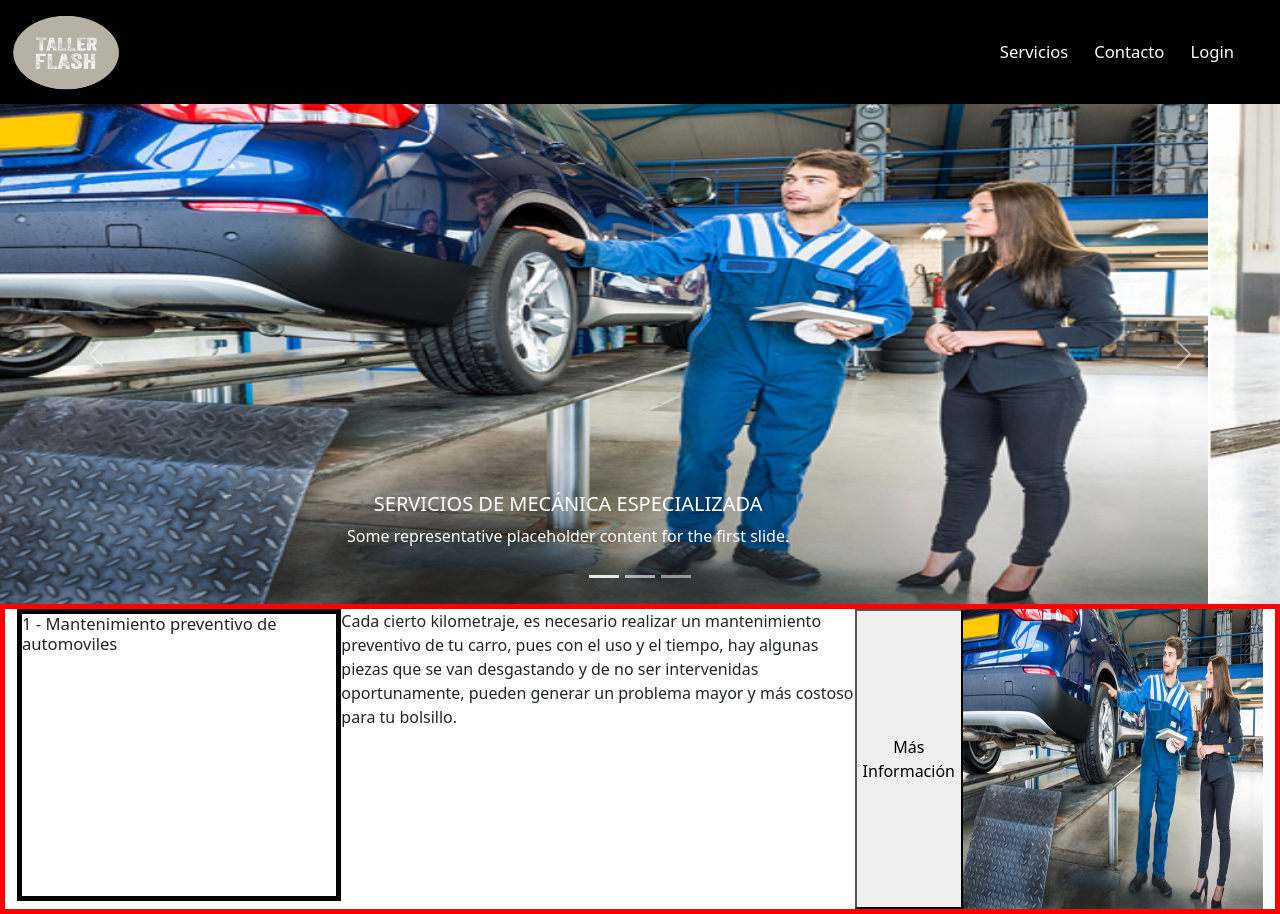
Repository: nder1996/Boostrap.Taller.Arquitectura
Page: Index.html
The author's editor kept a copy of each file at every save. The page is drawn from the files as they stood at one save, then again after a run of saves.
The browser window is 1280 px wide. The pictures show the whole page.

Above is the page before, as saved 2021-07-23 06:09:24.

### Index.html
<!DOCTYPE html>
<html lang="en">

<head>
	<meta charset="UTF-8">
	<meta name="viewport" content="width=device-width, initial-scale=1.0">
	<link rel="shortcut icon" href="img/Logo.png">
	<link href="https://cdn.jsdelivr.net/npm/bootstrap@5.0.2/dist/css/bootstrap.min.css" rel="stylesheet"
		integrity="sha384-EVSTQN3/azprG1Anm3QDgpJLIm9Nao0Yz1ztcQTwFspd3yD65VohhpuuCOmLASjC" crossorigin="anonymous">
	<link rel="stylesheet" href="https://cdnjs.cloudflare.com/ajax/libs/font-awesome/5.15.3/css/all.min.css"
		integrity="sha512-iBBXm8fW90+nuLcSKlbmrPcLa0OT92xO1BIsZ+ywDWZCvqsWgccV3gFoRBv0z+8dLJgyAHIhR35VZc2oM/gI1w=="
		crossorigin="anonymous" referrerpolicy="no-referrer" />
	<link rel="stylesheet" href="css/style.css">
	<title>Taller Automotriz</title>
</head>

<body>

	<nav class="navbar navbar-expand-lg navbar-light">
		<div class="container-fluid">
			<a class="navbar-brand" href="#"><img src="img/Logo.png" alt="" style='width: 110px; height: 78px;'></a>
			<button class="navbar-toggler" type="button" data-bs-toggle="collapse" data-bs-target="#navbarNav"
				aria-controls="navbarNav" aria-expanded="false" aria-label="Toggle navigation">
				<span class="navbar-toggler-icon"></span>
			</button>
			<div class="collapse navbar-collapse" id="navbarNav">
				<ul class="navbar-nav ms-auto">
					<li class="nav-item">
						<a class="nav-link active" aria-current="page" href="#">Servicios</a>
					</li>
					<li class="nav-item">
						<a class="nav-link" href="#">Contacto</a>
					</li>
					<li class="nav-item">
						<a class="nav-link" href="#">Login</a>
					</li>
				</ul>
			</div>
		</div>
	</nav>
	<div id="carouselExampleCaptions" class="carousel slide" data-bs-ride="carousel">
		<div class="carousel-indicators">
		  <button type="button" data-bs-target="#carouselExampleCaptions" data-bs-slide-to="0" class="active" aria-current="true" aria-label="Slide 1"></button>
		  <button type="button" data-bs-target="#carouselExampleCaptions" data-bs-slide-to="1" aria-label="Slide 2"></button>
		  <button type="button" data-bs-target="#carouselExampleCaptions" data-bs-slide-to="2" aria-label="Slide 3"></button>
		</div>
		<div class="carousel-inner">
		  <div class="carousel-item active">
			<img src="img/Mantenimiento_1.jpg" class="d-block w-100" alt="...">
			<div class="carousel-caption d-none d-md-block">
			  <h5>SERVICIOS DE MECÁNICA
				ESPECIALIZADA</h5>
			  <p>Some representative placeholder content for the first slide.</p>
			</div>
		  </div>
		  <div class="carousel-item">
			<img src="img/Mantenimiento_3.png" class="d-block w-100" alt="...">
			<div class="carousel-caption d-none d-md-block">
			  <h5>SERVICIOS DE MECÁNICA
				ESPECIALIZADA</h5>
			  <p>Some representative placeholder content for the second slide.</p>
			</div>
		  </div>
		  <div class="carousel-item">
			<img src="img/Mantenimiento_2.png" class="d-block w-100" alt="...">
			<div class="carousel-caption d-none d-md-block">
			  <h5>Third slide label</h5>
			  <p>Some representative placeholder content for the third slide.</p>
			</div>
		  </div>
		</div>
		<button class="carousel-control-prev" type="button" data-bs-target="#carouselExampleCaptions" data-bs-slide="prev">
		  <span class="carousel-control-prev-icon" aria-hidden="true"></span>
		  <span class="visually-hidden">Previous</span>
		</button>
		<button class="carousel-control-next" type="button" data-bs-target="#carouselExampleCaptions" data-bs-slide="next">
		  <span class="carousel-control-next-icon" aria-hidden="true"></span>
		  <span class="visually-hidden">Next</span>
		</button>
	  </div>


	<div class="Servicios container-fluid">

		<div>
			<h1>1 - Mantenimiento preventivo de automoviles</h1>
            <p>
                Cada cierto kilometraje, es necesario realizar un mantenimiento preventivo de tu carro, pues con el uso
                y el tiempo, hay algunas piezas que se van desgastando y de no ser intervenidas oportunamente, pueden
                generar un problema mayor y más costoso para tu bolsillo.
            </p>
            <button>Más Información</button>
			<img src="img/Mantenimiento_1.jpg" alt="" width="300px" height="300px">
		</div>
		<!--
		<div><img src="img/Mantenimiento_2.png" alt="" width="300px" height="300px"></div>
		<div><img src="img/Mantenimiento_3.png" alt="" width="300px" height="300px"></div>
		<div><img src="img/Mantenimiento_4.png" alt="" width="300px" height="300px"></div>
		-->
	</div>










	<script src="https://cdn.jsdelivr.net/npm/bootstrap@5.0.2/dist/js/bootstrap.bundle.min.js"
		integrity="sha384-MrcW6ZMFYlzcLA8Nl+NtUVF0sA7MsXsP1UyJoMp4YLEuNSfAP+JcXn/tWtIaxVXM" crossorigin="anonymous">
	</script>
	<script src="https://cdnjs.cloudflare.com/ajax/libs/jquery/3.6.0/jquery.min.js"
		integrity="sha512-894YE6QWD5I59HgZOGReFYm4dnWc1Qt5NtvYSaNcOP+u1T9qYdvdihz0PPSiiqn/+/3e7Jo4EaG7TubfWGUrMQ=="
		crossorigin="anonymous" referrerpolicy="no-referrer"></script>
</body>

</html>

### css/style.css
nav{
    background-color: black !important;
}

nav li{
    position:relative;
    margin-left: 10px;
    left:-10%;
}

nav li a{
    color:white !important;
    font-size: 1.3vw;
}

.carousel-inner{
    position:relative;
    width: 100%;
    height: 500px;
}

.carousel-item img{
    position:relative;
    width: 100%;
    height: 500px;
}

.Servicios{
    position:relative;
    border:5px solid red;
    display:flex;
}

.Servicios div{
    display: flex;
}

.Servicios div h1{
    position:relative;
    border:5px solid black;
    font-size: 1.3vw;
    width: 100%;
}

After the next 2 saves:
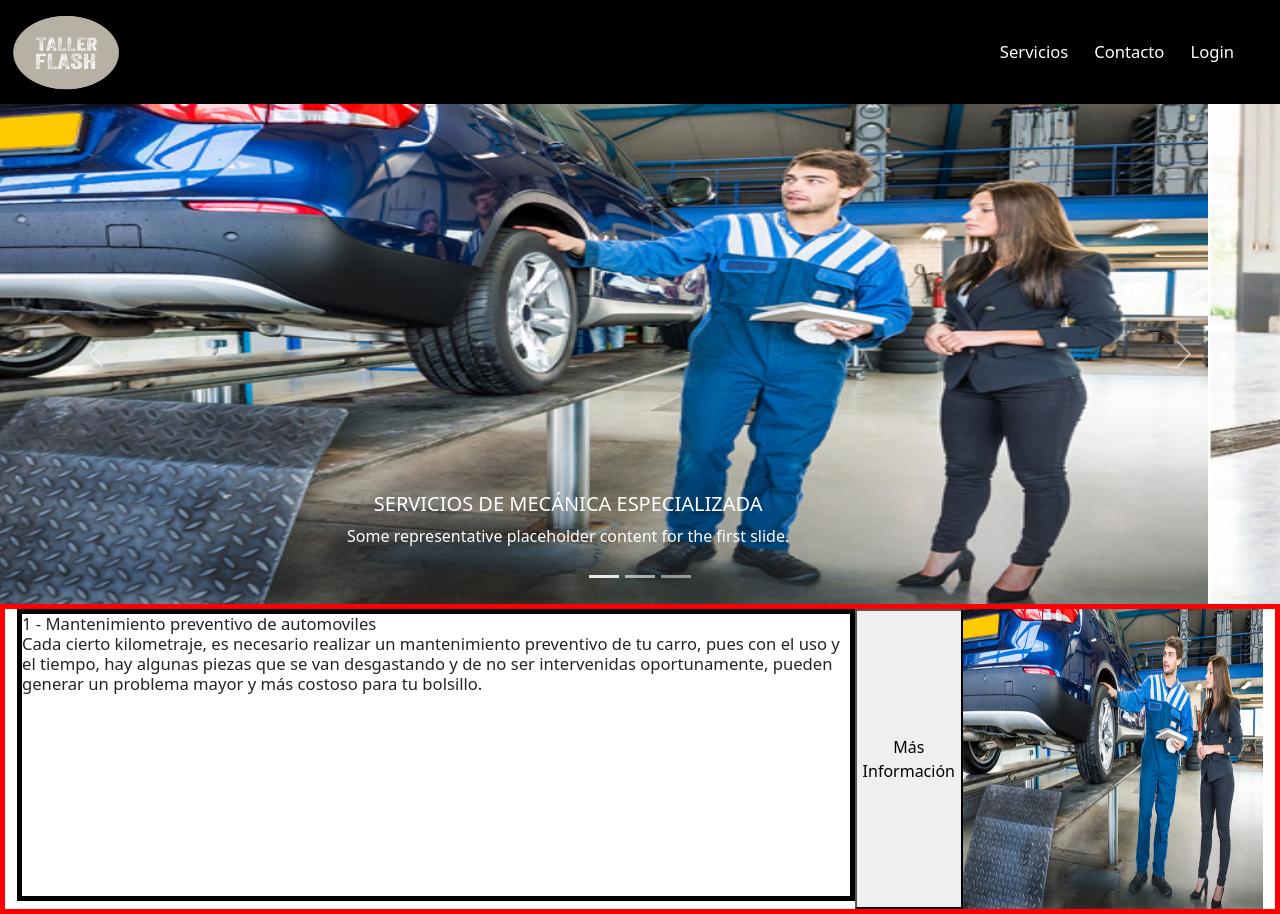
The 2 saves are shown as one change because they came seconds apart.
The last was saved 17 s later.
--- a/Index.html
+++ b/Index.html
@@ -83,12 +83,13 @@
 	<div class="Servicios container-fluid">
 
 		<div>
-			<h1>1 - Mantenimiento preventivo de automoviles</h1>
+			<h1>1 - Mantenimiento preventivo de automoviles
             <p>
                 Cada cierto kilometraje, es necesario realizar un mantenimiento preventivo de tu carro, pues con el uso
                 y el tiempo, hay algunas piezas que se van desgastando y de no ser intervenidas oportunamente, pueden
                 generar un problema mayor y más costoso para tu bolsillo.
             </p>
+		</h1>
             <button>Más Información</button>
 			<img src="img/Mantenimiento_1.jpg" alt="" width="300px" height="300px">
 		</div>
